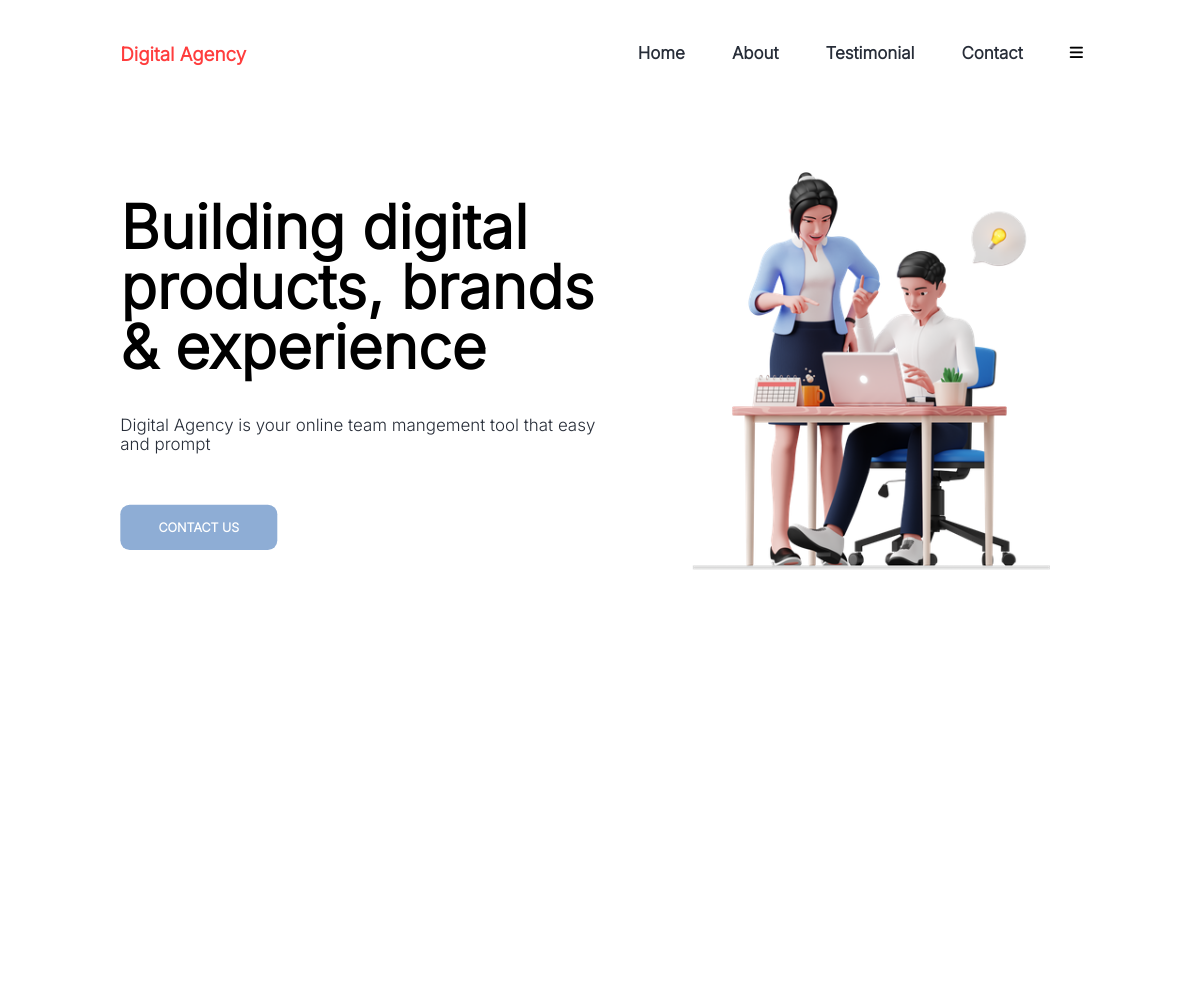
Repository: ThuatDev/fullstack_devc
Page: index.html
The author's editor kept a copy of each file at every save. The page is drawn from the files as they stood at one save, then again after the next save.
The browser window is 1280 px wide. The pictures show the whole page, at 94% of full size.

Above is the page before, as saved 2022-11-09 16:59:24.

After the next save:
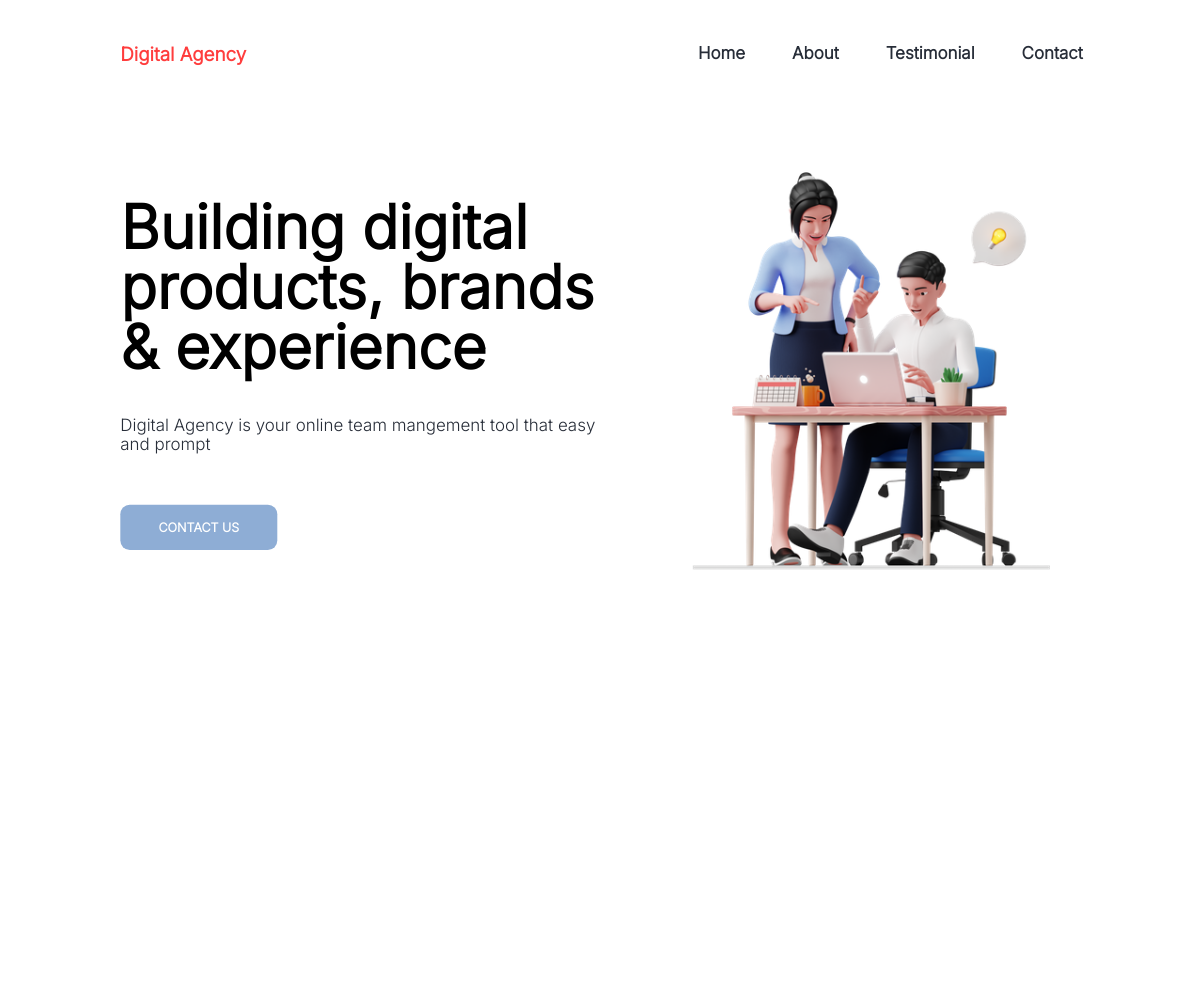
Saved 49 s later.
--- a/index.css
+++ b/index.css
@@ -31,7 +31,7 @@
   list-style: none;
   margin-left: 50px;
 }
-.navbar .navbar__right.navbar__right-list.icon__menu {
+.navbar > .navbar__right > .navbar__right-list li.icon__menu {
   display: none;
 }
 .navbar > .navbar__right > .navbar__right-list li > a {
